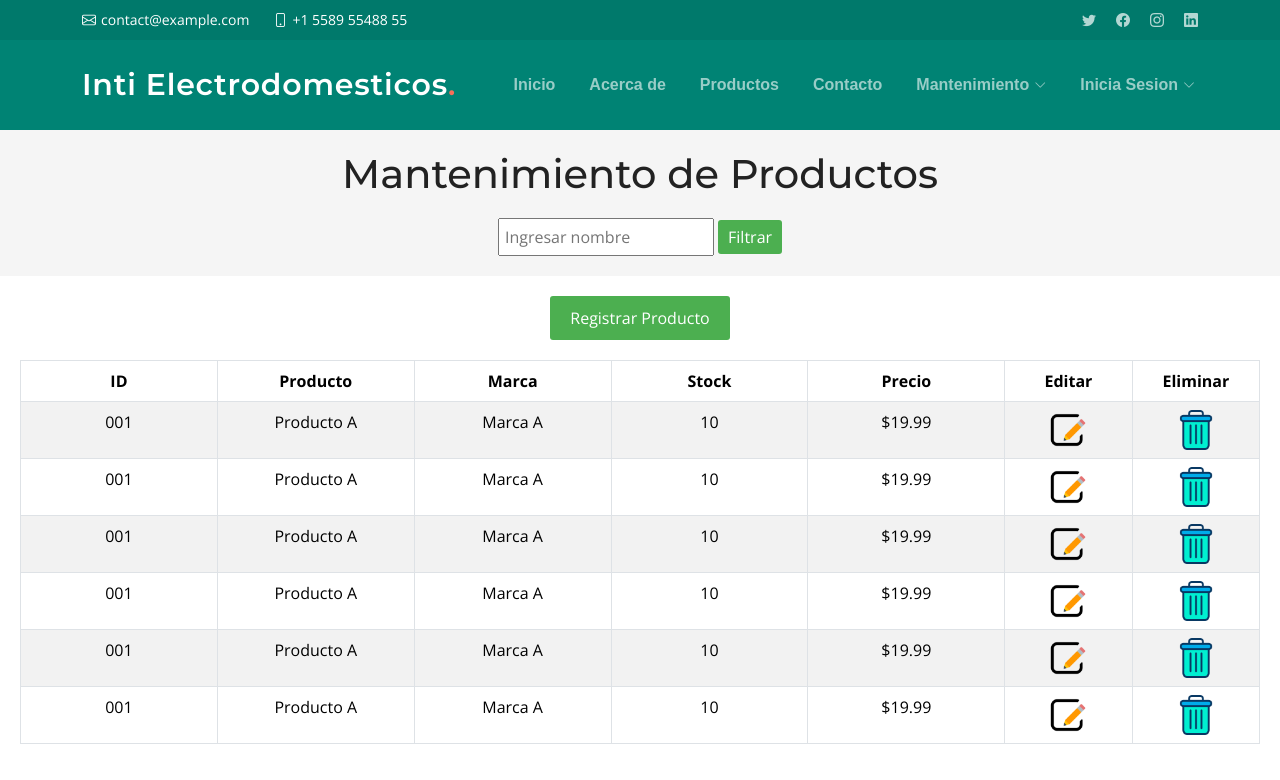
Repository: JReynaldoDelRio/DAWI---IntiElectrdomesticos
Page: http://localhost/mantenimientoProducto
An editor plug-in stored every save of this project. The page is shown before and after a run of saves, followed by the edit.
The browser window is 1280 px wide. The pictures show the whole page.
Some web fonts or font styles are not loaded; a fallback is used. Some web libraries are served in a nearby version. The page is this project's Thymeleaf template; nobody is signed in. The template is opened directly, without the code that normally fills it, so the values that code supplies are empty.

Above is the page before, as saved 2023-06-07 17:30:01.

### IntiElectrodomesticos/src/main/resources/templates/mantenimientoProducto.html
<!DOCTYPE html>
<html>
<head>
<meta charset="ISO-8859-1">
  <meta charset="utf-8">
  <meta content="width=device-width, initial-scale=1.0" name="viewport">

<link rel="stylesheet" href="css/producto.css">

  <link href="assets/img/favicon.png" rel="icon">
  <link href="assets/img/apple-touch-icon.png" rel="apple-touch-icon">

  <link rel="preconnect" href="https://fonts.googleapis.com">
  <link rel="preconnect" href="https://fonts.gstatic.com" crossorigin>
  <link href="https://fonts.googleapis.com/css2?family=Open+Sans:ital,wght@0,300;0,400;0,500;0,600;0,700;1,300;1,400;1,600;1,700&family=Montserrat:ital,wght@0,300;0,400;0,500;0,600;0,700;1,300;1,400;1,500;1,600;1,700&family=Raleway:ital,wght@0,300;0,400;0,500;0,600;0,700;1,300;1,400;1,500;1,600;1,700&display=swap" rel="stylesheet">

  <link href="assets/vendor/bootstrap/css/bootstrap.min.css" rel="stylesheet">
  <link href="assets/vendor/bootstrap-icons/bootstrap-icons.css" rel="stylesheet">
  <link href="assets/vendor/aos/aos.css" rel="stylesheet">
  <link href="assets/vendor/glightbox/css/glightbox.min.css" rel="stylesheet">
  <link href="assets/vendor/swiper/swiper-bundle.min.css" rel="stylesheet">
  <link rel="stylesheet" href="https://cdn.jsdelivr.net/npm/bootstrap@5.7.1/dist/css/bootstrap.min.css">


  <link href="assets/css/main.css" rel="stylesheet">

<title>Mantenimiento Producto</title>
</head>
<body>

<section id="topbar" class="topbar d-flex align-items-center">
    <div class="container d-flex justify-content-center justify-content-md-between">
      <div class="contact-info d-flex align-items-center">
        <i class="bi bi-envelope d-flex align-items-center"><a href="mailto:contact@example.com">contact@example.com</a></i>
        <i class="bi bi-phone d-flex align-items-center ms-4"><span>+1 5589 55488 55</span></i>
      </div>
      <div class="social-links d-none d-md-flex align-items-center">
        <a href="#" class="twitter"><i class="bi bi-twitter"></i></a>
        <a href="#" class="facebook"><i class="bi bi-facebook"></i></a>
        <a href="#" class="instagram"><i class="bi bi-instagram"></i></a>
        <a href="#" class="linkedin"><i class="bi bi-linkedin"></i></i></a>
      </div>
    </div>
  </section>

  <header id="header" class="header d-flex align-items-center">

    <div class="container-fluid container-xl d-flex align-items-center justify-content-between">
      <a href="index.html" class="logo d-flex align-items-center">

        <!-- <img src="assets/img/logo.png" alt=""> -->
        <h1>Inti Electrodomesticos<span>.</span></h1>
      </a>
      <nav id="navbar" class="navbar">
        <ul>
          <li><a href="/inicio">Inicio</a></li>
          <li><a href="#about">Acerca de </a></li>

          <li><a href="#portfolio">Productos</a></li>



          <li><a href="#contact">Contacto</a></li>
          <li class="dropdown"><a href="#"><span>Mantenimiento</span> <i class="bi bi-chevron-down dropdown-indicator"></i></a>
            <ul>

              <li class="dropdown"><a href="/mantenimientoProducto"><span>Productos</span> <i class="bi bi-chevron-down dropdown-indicator"></i></a>
              </li>
              <li class="dropdown"><a href="#"><span>Cliente</span> <i class="bi bi-chevron-down dropdown-indicator"></i></a>
                <ul>
                  <li><a href="#">Listar</a></li>
                  <li><a href="#">Agregar</a></li>
                  <li><a href="#">Eliminar</a></li>
                  <li><a href="#">Actualizar</a></li>
                </ul>
              </li>
              <li class="dropdown"><a href="#"><span>Proveedor</span> <i class="bi bi-chevron-down dropdown-indicator"></i></a>
                <ul>
                  <li><a href="#">Listar</a></li>
                  <li><a href="#">Agregar</a></li>
                  <li><a href="#">Eliminar</a></li>
                  <li><a href="#">Actualizar</a></li>
                </ul>
              </li>
              <li class="dropdown"><a href="#"><span>Factura</span> <i class="bi bi-chevron-down dropdown-indicator"></i></a>
                <ul>
                  <li><a href="#">Listar</a></li>
                  <li><a href="#">Agregar</a></li>
                  <li><a href="#">Eliminar</a></li>
                  <li><a href="#">Actualizar</a></li>
                </ul>
              </li>


            </ul>
          </li>
          <li class="dropdown"><a href="#"><span>Inicia Sesion</span> <i class="bi bi-chevron-down dropdown-indicator"></i></a>
            <ul>

              <li class="dropdown"><a href="#"><span>Ingresar</span> </a>

              </li>
              <li class="dropdown"><a href="#"><span>Registrar</span> </a>

              </li>

            </ul>
          </li>

        </ul>
      </nav>

      <i class="mobile-nav-toggle mobile-nav-show bi bi-list"></i>
      <i class="mobile-nav-toggle mobile-nav-hide d-none bi bi-x"></i>

    </div>
  </header>
 <header>
        <h1>Mantenimiento de Productos</h1>
        <div class="filter-form">
          <input type="text" placeholder="Ingresar nombre">
          <button>Filtrar</button>
        </div>
      </header>
      <main>
        <button class="register-button" onclick="openDialog()">Registrar Producto</button>
        <table class="table table-bordered table-striped text-center">
          <thead>
            <tr>
              <th>ID</th>
              <th>Producto</th>
              <th>Marca</th>
              <th>Stock</th>
              <th>Precio</th>
              <th>Editar</th>
              <th>Eliminar</th>
            </tr>
          </thead>
          <tbody>
            <tr>
              <td>001</td>
              <td>Producto A</td>
              <td>Marca A</td>
              <td>10</td>
              <td>$19.99</td>
              <td><img src="img/editar.png" alt="Editar"></td>
              <td><img src="img/eliminar.png" alt="Editar"></td>
            </tr>
            <!-- Más filas de la tabla aquí -->
            <tr>
                <td>001</td>
                <td>Producto A</td>
                <td>Marca A</td>
                <td>10</td>
                <td>$19.99</td>
                <td><img src="img/editar.png" alt="Editar"></td>
                <td><img src="img/eliminar.png" alt="Editar"></td>
              </tr>
              <tr>
                <td>001</td>
                <td>Producto A</td>
                <td>Marca A</td>
                <td>10</td>
                <td>$19.99</td>
                <td><img src="img/editar.png" alt="Editar"></td>
                <td><img src="img/eliminar.png" alt="Editar"></td>
              </tr>
              <tr>
                <td>001</td>
                <td>Producto A</td>
                <td>Marca A</td>
                <td>10</td>
                <td>$19.99</td>
                <td><img src="img/editar.png" alt="Editar"></td>
                <td><img src="img/eliminar.png" alt="Editar"></td>
              </tr>
              <tr>
                <td>001</td>
                <td>Producto A</td>
                <td>Marca A</td>
                <td>10</td>
                <td>$19.99</td>
                <td><img src="img/editar.png" alt="Editar"></td>
                <td><img src="img/eliminar.png" alt="Editar"></td>
              </tr>
              <tr>
                <td>001</td>
                <td>Producto A</td>
                <td>Marca A</td>
                <td>10</td>
                <td>$19.99</td>
                <td><img src="img/editar.png" alt="Editar"></td>
                <td><img src="img/eliminar.png" alt="Editar"></td>
              </tr>
          </tbody>
        </table>
      </main>

    <dialog id="register-dialog" >
        <h2>Registro de Producto</h2>
        <form>
          <label for="name">Nombre:</label>
          <select id="name">
            <option value="producto1">Producto 1</option>
            <option value="producto2">Producto 2</option>
            <option value="producto3">Producto 3</option>
          </select>

          <label for="brand">Marca:</label>
          <select id="brand">
            <option value="marca1">Marca 1</option>
            <option value="marca2">Marca 2</option>
            <option value="marca3">Marca 3</option>
          </select>

          <label for="stock">Stock:</label>
          <input type="number" id="stock">

          <label for="price">Precio:</label>
          <input type="number" step="0.01" id="price">

          <button type="button" onclick="registerProduct()">Registrar</button>
          <button type="button" onclick="closeDialog()">Cancelar</button>
        </form>
      </dialog>
      <script src="js/producto.js"></script>
</body>
</html>

### IntiElectrodomesticos/src/main/resources/static/css/producto.css
body {
	font-family: Arial, sans-serif;
	margin: 0;
	padding: 0;
}

header {
	background-color: #f5f5f5;
	padding: 20px;
}

h1 {
	text-align: center;
	margin-top: 0;
}

.filter-form {
	text-align: center;
	margin-top: 20px;
}

.filter-form input[type="text"] {
	padding: 5px;
}

.filter-form button {
	padding: 5px 10px;
	background-color: #4CAF50;
	color: white;
	border: none;
	border-radius: 3px;
	cursor: pointer;
}

main {
	padding: 20px;
	display: flex;
	flex-direction: column;
	align-items: center;
}

.register-button {
	padding: 10px 20px;
	background-color: #4CAF50;
	color: white;
	border: none;
	border-radius: 3px;
	cursor: pointer;
	margin-bottom: 20px;
}

table {
	margin: 0 auto; /* Centrar la tabla horizontalmente */
	max-width: 1400px; /* Ancho máximo de la tabla */
	width: 100%;
	table-layout: fixed; /* Fijar el ancho de las columnas */
}

th, td {
	padding: 10px;
	text-align: center;
	border-bottom: 1px solid #ddd;
}

th {
	background-color: #f5f5f5;
}

tbody tr:hover {
	background-color: #f9f9f9;
}

th:nth-child(6), td:nth-child(6), th:nth-child(7), td:nth-child(7) {
	width: 10.28%; /* Tamaño de cada columna (100% / 7) */
}



img {
	width: 40px;
	height: 40px;
}

dialog {
	border: none;
	padding: 20px;
	width: 400px;
	background-color: #f5f5f5;
	position: fixed;
	top: 50%;
	left: 30%;
	transform: translate(-50%, -50%);
}

dialog h2 {
	margin-top: 0;
	font-size: 24px;
	color: #4CAF50;
	border-bottom: 2px solid #4CAF50;
	text-align: center;
	padding-bottom: 10px;
}

dialog form {
	display: flex;
	flex-direction: column;
}

dialog label {
	margin-bottom: 5px;
}

dialog input, dialog select {
	margin-bottom: 10px;
	padding: 5px;
}

dialog button {
	padding: 5px 10px;
	background-color: #4CAF50;
	color: white;
	border: none;
	border-radius: 3px;
	cursor: pointer;
	margin-top: 10px;
}

Loaded but not shown: IntiElectrodomesticos/src/main/resources/static/js/producto.js (20 lines, source omitted); IntiElectrodomesticos/src/main/resources/static/assets/css/main.css (2669 lines, source omitted)

After the next 2 saves:
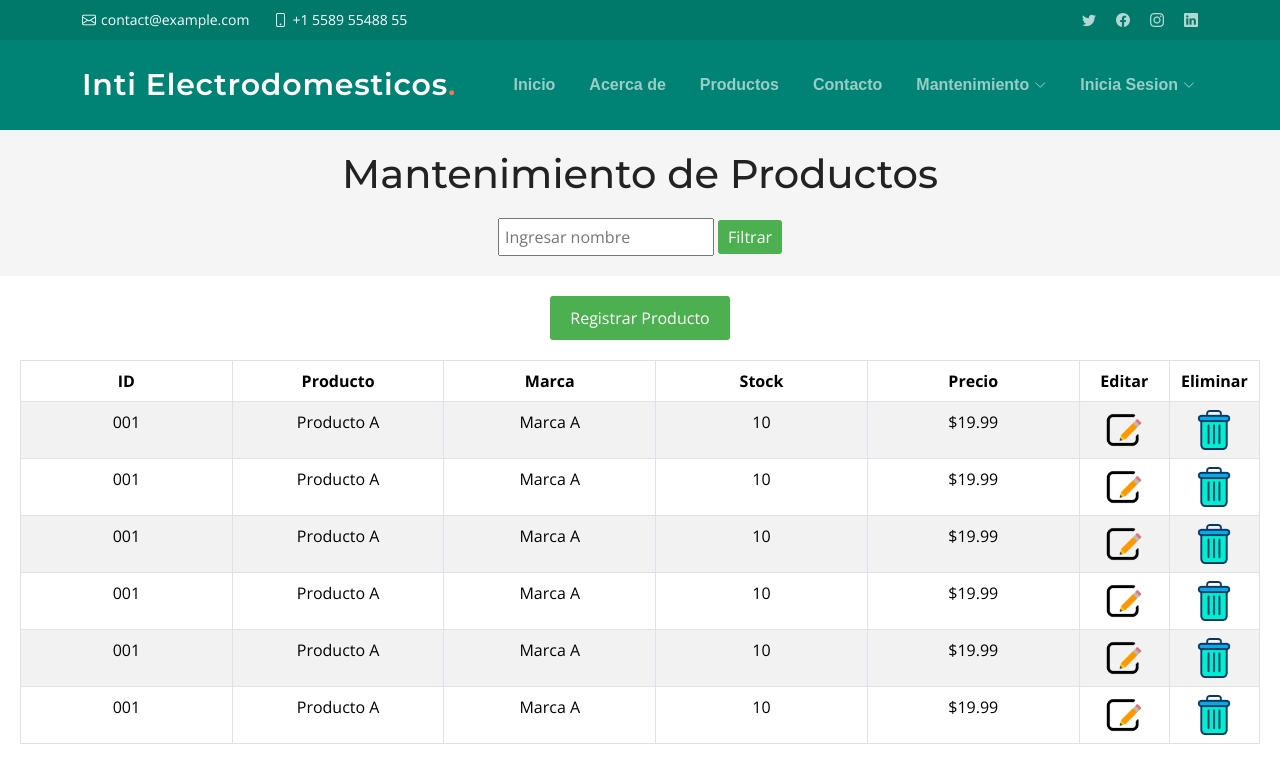
The 2 saves are shown as one change because they came seconds apart.
The last was saved 11 s later.
--- a/IntiElectrodomesticos/src/main/resources/static/css/producto.css
+++ b/IntiElectrodomesticos/src/main/resources/static/css/producto.css
@@ -71,7 +71,7 @@ tbody tr:hover {
 }
 
 th:nth-child(6), td:nth-child(6), th:nth-child(7), td:nth-child(7) {
-	width: 10.28%; /* Tamaño de cada columna (100% / 7) */
+	width: 7.28%; /* Tamaño de cada columna (100% / 7) */
 }
 
 
